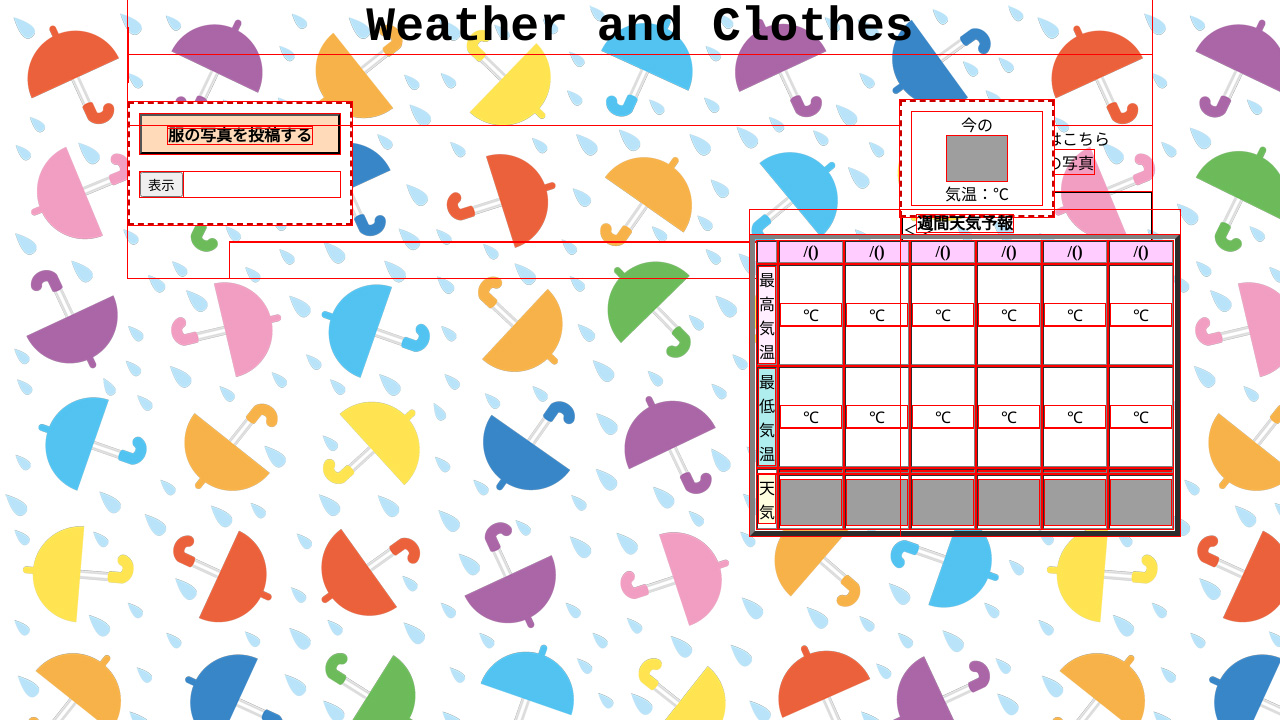
Repository: onoryo/DjangoProject
Page: clothes/templates/clothes/home.html
The author's editor kept a record of every edit. The page is drawn from the files as they stood at one moment, then again after the next edit.
The browser window is 1280 px wide. The pictures show the whole page.
Pictures or frames that could not be fetched are drawn as grey boxes. The page is served by the project's application, run on Django 2.2 (manage.py). The template is opened directly, without the code that normally fills it, so the values that code supplies are empty.

Above is the page before.

After the next edit:
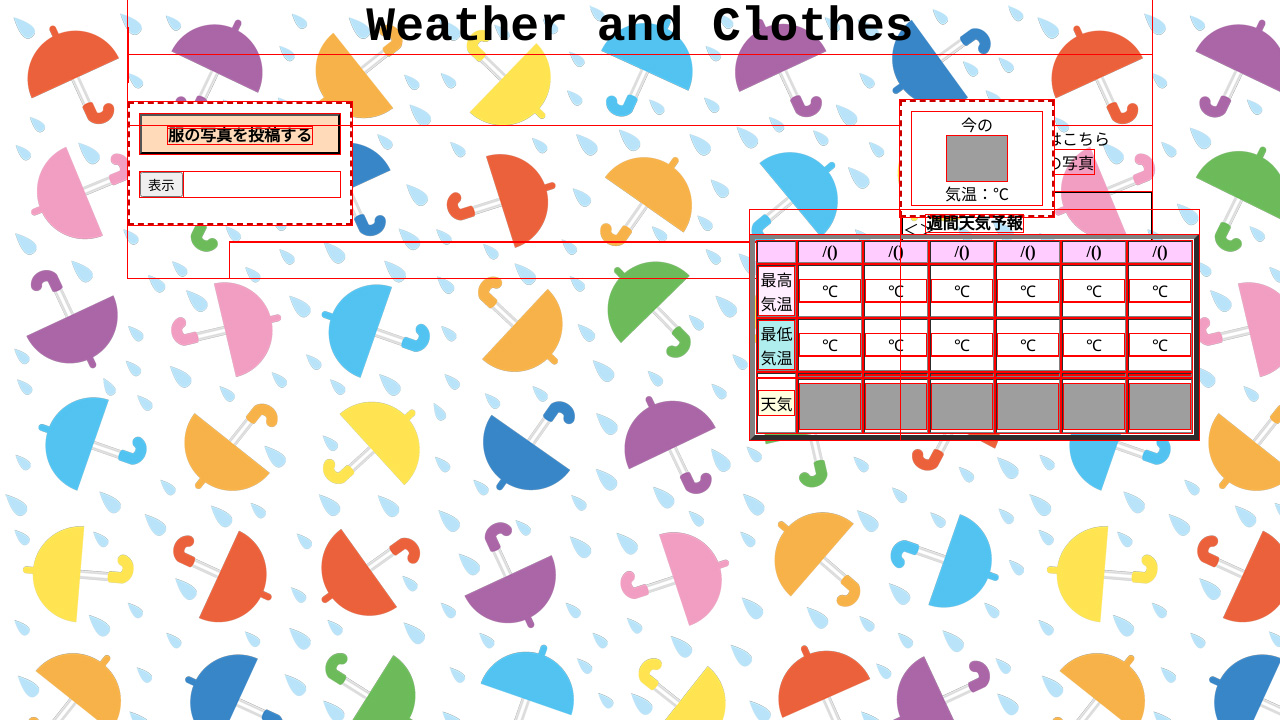
The edit:
--- a/clothes/templates/clothes/home.html
+++ b/clothes/templates/clothes/home.html
@@ -54,7 +54,7 @@
                     </thead>
                     <tbody style="background:#ffffff">
                     <tr>
-                        <td width="80"><div style="background: #FFeeFF; text-align:center;" >最高気温</div></td>
+                        <td width="80"><div style="background: #FFeeFF; text-align:center; width:35px;" >最高気温</div></td>
                         <td width="60"> <div style="text-align:center">{{ max_temp.1 }}&#08451;<div style="text-align:center"></div></div></td>
                         <td width="60"> <div style="text-align:center">{{ max_temp.2 }}&#08451;<div style="text-align:center"></div></div></td>
                         <td width="60"> <div style="text-align:center">{{ max_temp.3 }}&#08451;<div style="text-align:center"></div></div></td>
